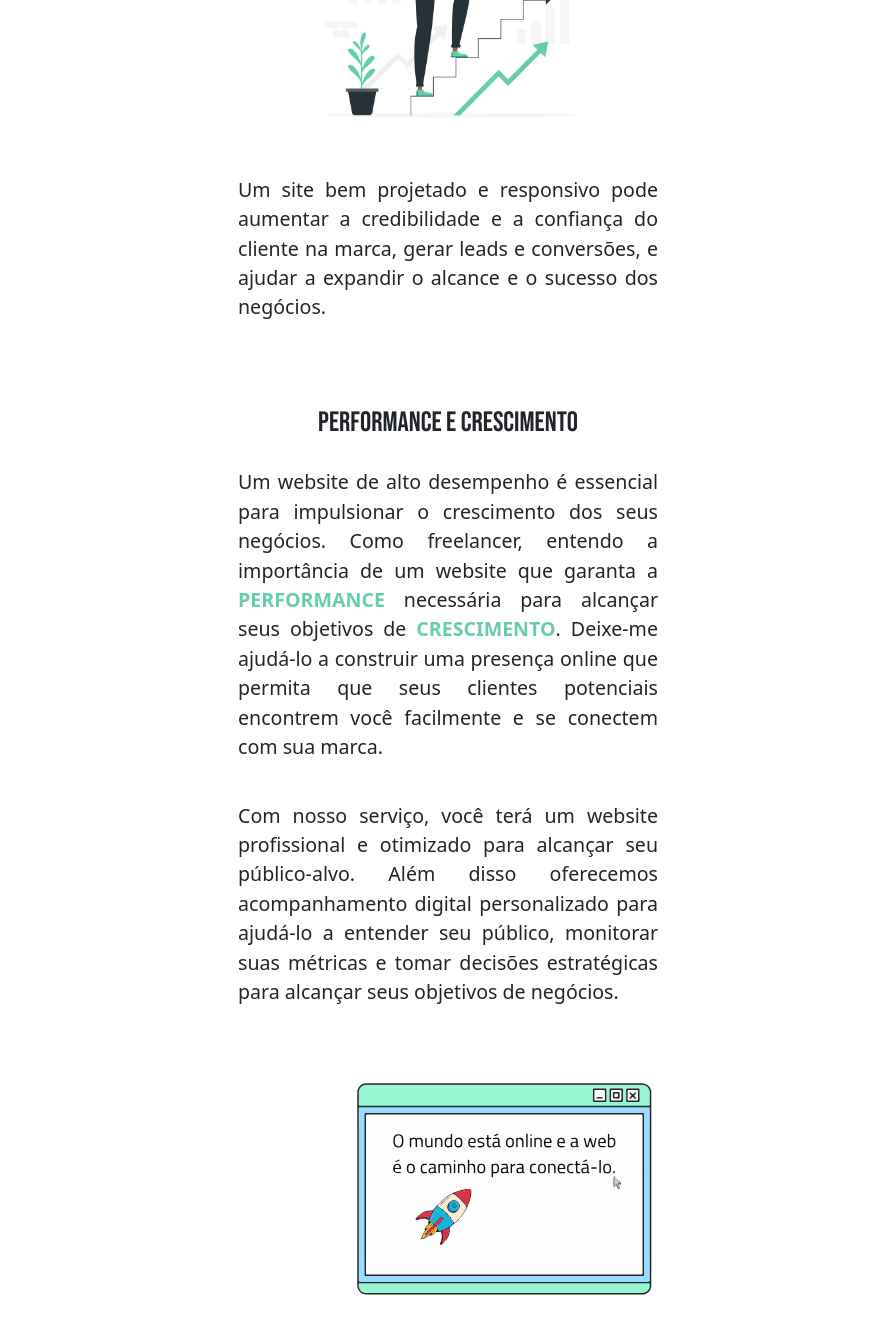
Repository: Leonngc/nicdev
Page: index.html
These files come from the project's save history. The page is drawn as it stood at one moment and after a run of saves; the edit follows.
The browser window is 1280 px wide. The pictures show the part of the page from y = 1820 to 3740 px (the page is 4438 px tall), at 70% of full size.

Above is the page before, as saved 2023-04-15 14:01:43.

After the next 3 saves:
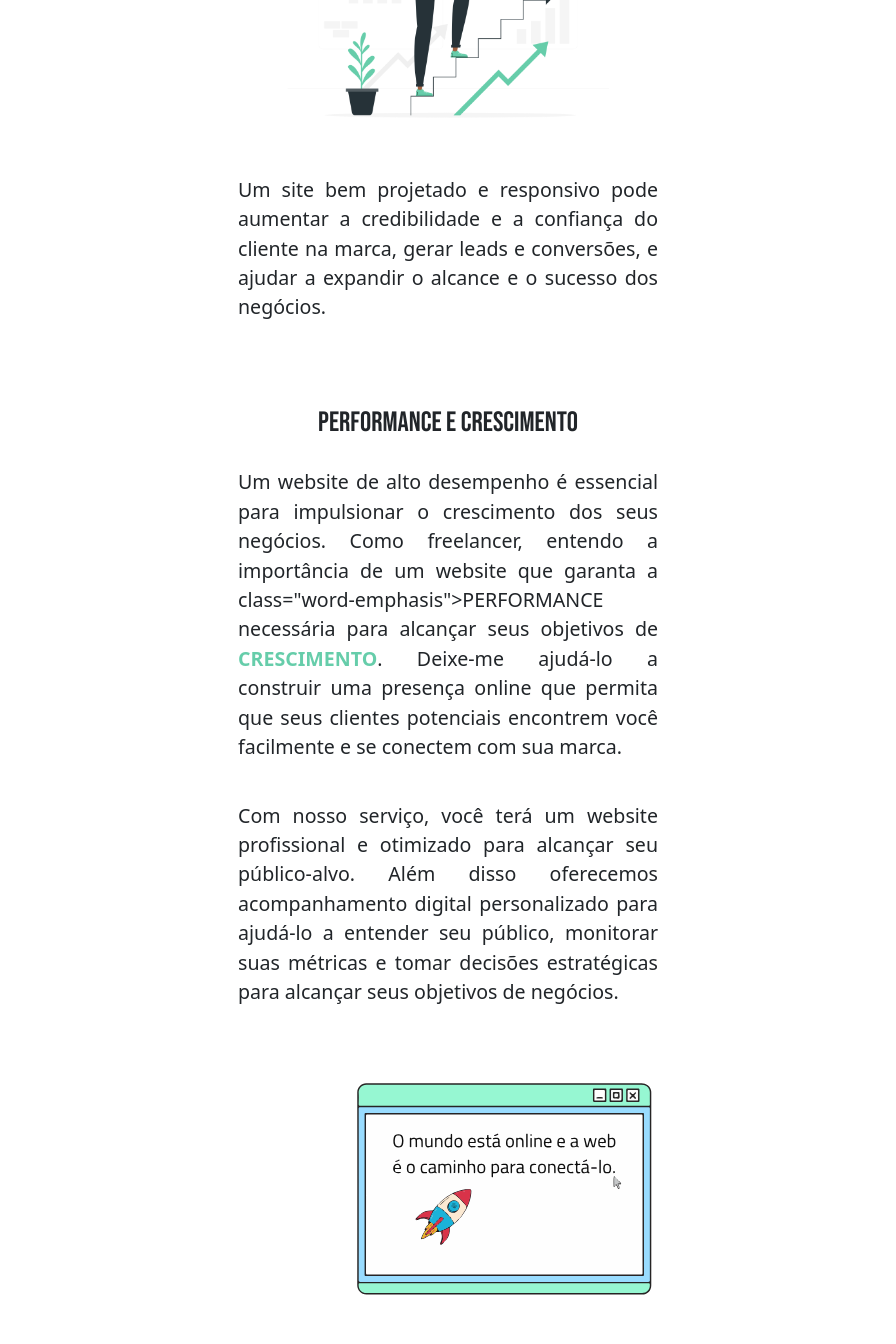
The 3 saves are shown as one change because they came seconds apart.
The last was saved 3 h 7 min later.
--- a/index.html
+++ b/index.html
@@ -88,7 +88,7 @@
       <div class="text-box">
         <h3>Performance e Crescimento</h3>
         <p>
-          Um website de alto desempenho é essencial para impulsionar o crescimento dos seus negócios. Como freelancer, entendo a importância de um website que garanta a <span class="word-emphasis">PERFORMANCE</span> necessária para alcançar seus objetivos de<span class="word-emphasis"> CRESCIMENTO</span>. Deixe-me ajudá-lo a construir uma presença online que permita que seus clientes potenciais encontrem você facilmente e se conectem com sua marca.
+          Um website de alto desempenho é essencial para impulsionar o crescimento dos seus negócios. Como freelancer, entendo a importância de um website que garanta a class="word-emphasis">PERFORMANCE</span> necessária para alcançar seus objetivos de<span class="word-emphasis"> CRESCIMENTO</span>. Deixe-me ajudá-lo a construir uma presença online que permita que seus clientes potenciais encontrem você facilmente e se conectem com sua marca.
         </p>
 
         <p>

After the 5 saves that followed:
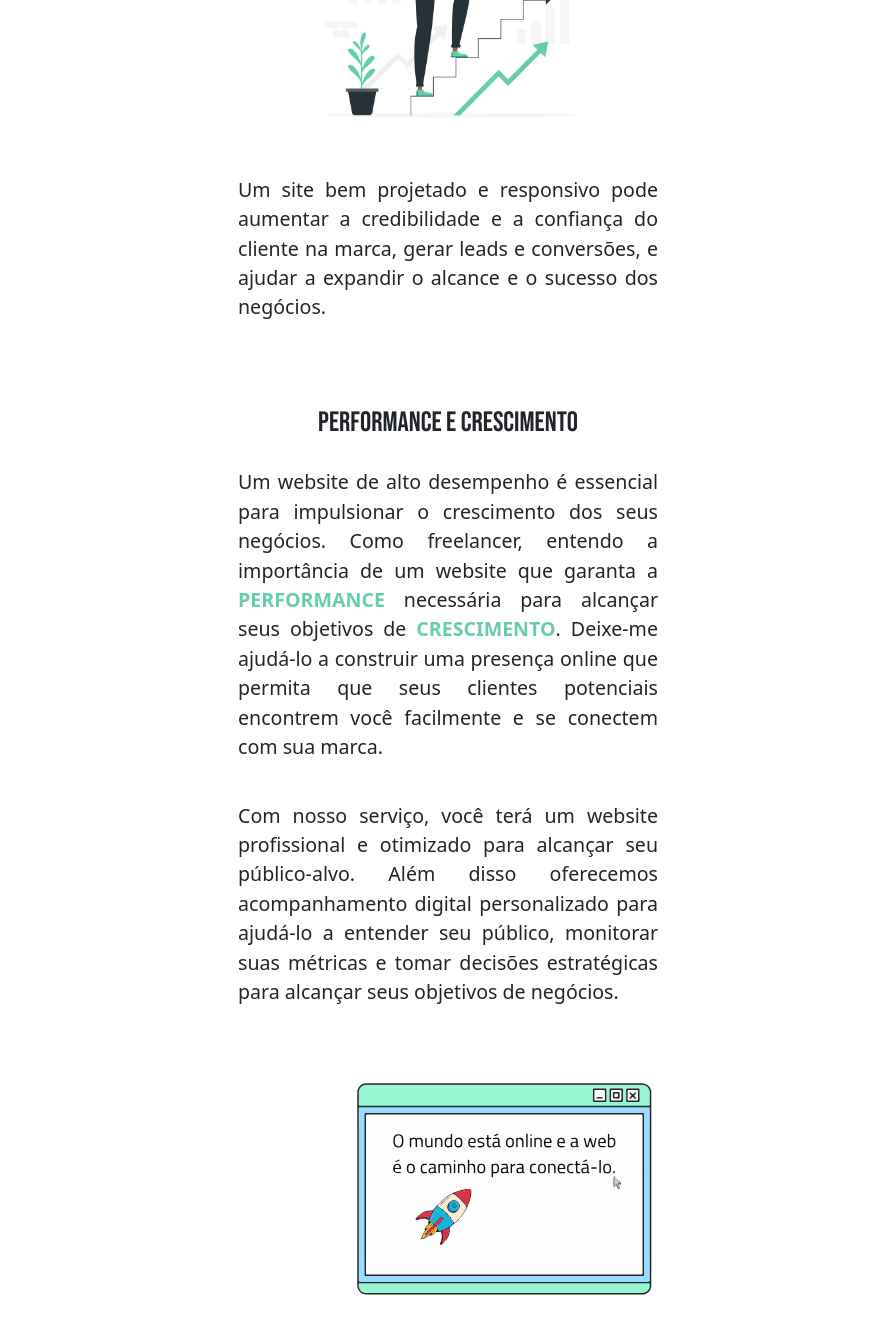
The 5 saves are shown as one change because they came seconds apart.
The last was saved 15 s later.
--- a/index.html
+++ b/index.html
@@ -88,7 +88,7 @@
       <div class="text-box">
         <h3>Performance e Crescimento</h3>
         <p>
-          Um website de alto desempenho é essencial para impulsionar o crescimento dos seus negócios. Como freelancer, entendo a importância de um website que garanta a class="word-emphasis">PERFORMANCE</span> necessária para alcançar seus objetivos de<span class="word-emphasis"> CRESCIMENTO</span>. Deixe-me ajudá-lo a construir uma presença online que permita que seus clientes potenciais encontrem você facilmente e se conectem com sua marca.
+          Um website de alto desempenho é essencial para impulsionar o crescimento dos seus negócios. Como freelancer, entendo a importância de um website que garanta a <strong class="word-emphasis">PERFORMANCE</strong> necessária para alcançar seus objetivos de<span class="word-emphasis"> CRESCIMENTO</span>. Deixe-me ajudá-lo a construir uma presença online que permita que seus clientes potenciais encontrem você facilmente e se conectem com sua marca.
         </p>
 
         <p>
